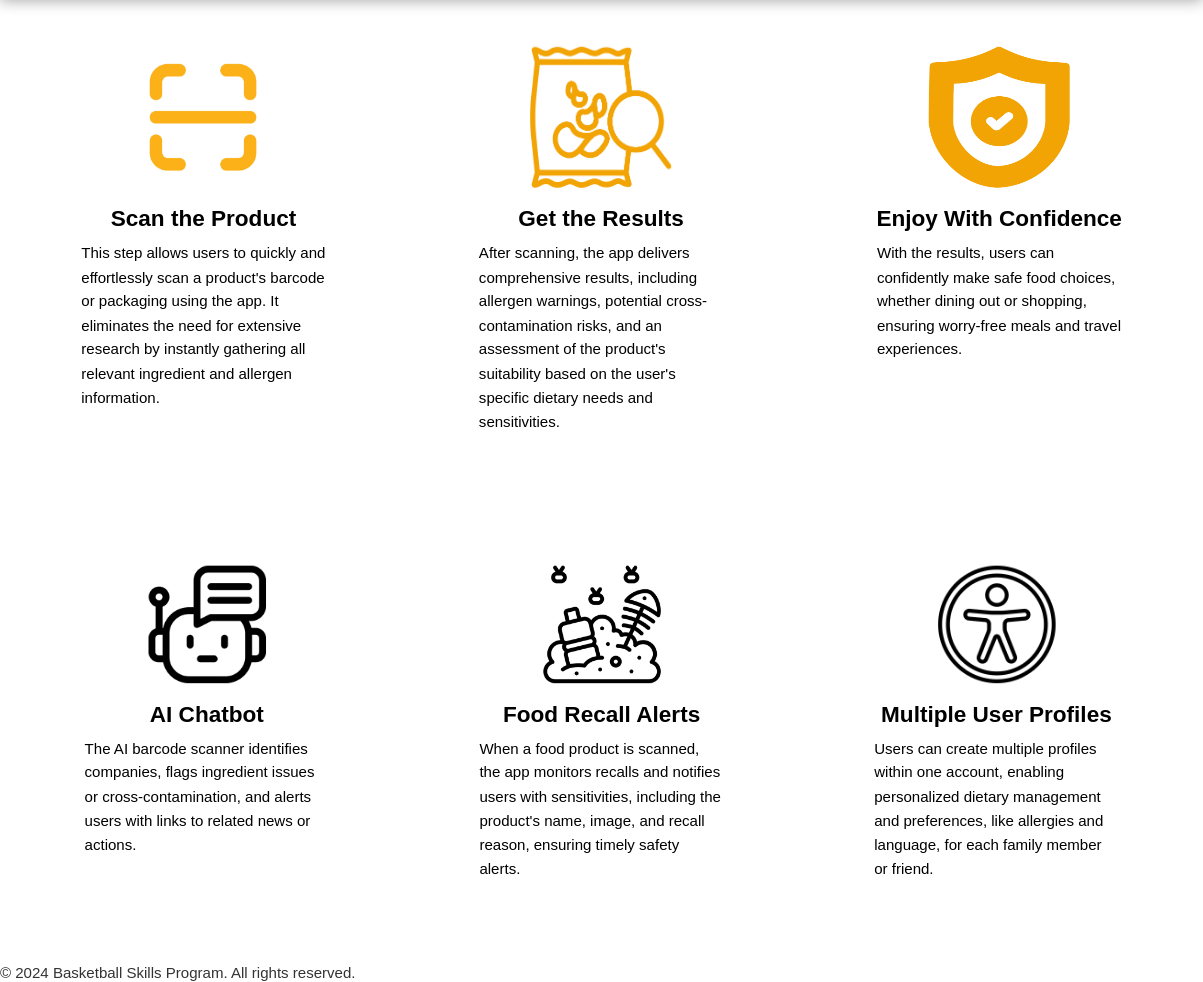
Repository: GavinPahal/landingpage
Page: /
An editor plug-in stored every save of this project. The page is shown before and after the next save, followed by the edit.
The browser window is 1280 px wide. The pictures show the part of the page from y = 720 to 1765 px (the page is 1765 px tall), at 94% of full size.
The project was rebuilt for these pictures with package versions that can differ from the ones it lists, and the page was loaded fresh each time. The framework's server and built-in components were replaced by stand-ins that run in the browser. Also part of the build but not shown: next.config.mjs.

Above is the page before, as saved 2024-11-28 15:37:32.

### pages/_app.js
// pages/_app.js
import "@/styles/globals.css"; // Import the global CSS file

function MyApp({ Component, pageProps }) {
  return <Component {...pageProps} />;
}

export default MyApp;

### pages/index.js
// pages/index.js
import Hero from "../components/Hero";
import Features from "../components/Features";
import Footer from "../components/Footer";
import Product from "../components/Product"

export default function Home() {
  return (
    <div>
      <Hero />
      <Features />
      <Product />
      <Footer />
    </div>
  );
}

### styles/globals.css
/* Global Styles */
* {
  margin: 0;
  padding: 0;
  box-sizing: border-box;
}

body {
  font-family: Arial, sans-serif;
  color: #333;
  overflow-x: hidden; /* Prevent horizontal overflow */
}

/* Hero Section */
.hero {
  display: flex; /* Use flexbox to align elements */
  position: relative;
  height: 100vh;
  width: 100%; /* Ensure the hero section spans the full width */
  background-color: #2d2d2d; /* Dark background to contrast with the image */
}

.imageWrapper {
  position: relative;
  width: 100%; /* Left side takes full width */
  height: 100%;
}

.imageContainer {
  position: absolute;
  top: 0;
  left: 0;
  width: 100%;
  height: 100%;
  filter: blur(8px); /* Add blur effect to the image */
  object-fit: cover;
}

.overlay {
  position: absolute;
  top: 0;
  left: 0;
  width: 100%;
  height: 100%;
  background: rgba(0, 0, 0, 0.6); /* Dark overlay to ensure text stands out */
  color: white;
  display: flex;
  flex-direction: column;
  justify-content: center;
  align-items: flex-start;
  padding: 60px 40px; /* Increased padding for more space */
  text-align: left;
}

.heroTitle {
  display: flex;
  align-items: center; /* Align logo and title horizontally */
  margin-bottom: 40px; /* Space between title and the rest of the content */
  position: relative; /* Allow positioning adjustments */
  top: -80px; /* Move the logo and title even higher */
}

.heroTitle img {
  margin-right: 20px; /* Add space between logo and title */
}

.heroTitle h1 {
  font-size: 2rem; /* Bigger font for app name */
  font-weight: bold;
  color: #ffffff; /* Bright color to stand out */
  text-transform: uppercase;
}

.tagline {
  font-size: 5rem; /* Make "BEST NATURE APP" 5rem */
  font-weight: bold;
  margin-bottom: 0; /* Remove extra space between the lines */
  color: #ffffff; /* Striking color */
  text-shadow: 3px 3px 5px rgba(0, 0, 0, 0.8); /* Enhanced text visibility */
  line-height: 1.1; /* Adjust line-height to decrease space between lines */
  letter-spacing: 1.5px;
  display: block;
  max-width: 100%; /* Ensure text doesn't overflow */
}

.bestNature {
  display: block;
  font-size: 3rem; /* Adjust to smaller font size for the first part */
}

.appEver {
  display: block;
  margin-top: 0;
  font-size: 3rem;
}

.subTagline {
  font-size: 1.2rem;
  margin-top: 20px;
  margin-bottom: 40px;
  line-height: 1.6;
  max-width: 650px;
  color: white;
  letter-spacing: 0.5px;
  text-align: left;
}

.demoText {
  display: block;
  font-size: 1.4rem;
  font-weight: bold;
}

.natureText {
  display: block;
  font-size: 1.2rem;
  margin-top: 10px;
  font-style: italic;
  letter-spacing: 0.3px;
}

/* CTA Button */
.ctaButton {
  background-color: #00C9A2;
  color: #ffffff;
  padding: 15px 40px;
  font-size: 1.4rem;
  border: none;
  border-radius: 50px;
  text-align: center;
  margin-top: 60px;
  cursor: pointer;
  transition: background-color 0.3s, transform 0.3s;
  text-decoration: none;
}

.ctaButton:hover {
  background-color: #035343;
}

.ctaButton:focus {
  outline: none;
}

.rightImageWrapper {
  position: absolute;
  left: 62%;
  bottom: 20px;
  width: 400px;
  height: auto;
  z-index: 2;
  margin-top: 100px;
}

.rightImageContainer {
  position: relative;
  width: 100%;
  height: 100%;
}

.rightImageContainer img {
  width: 100%;
  height: auto;
  border-radius: 8px;
  object-fit: cover;
}

.features {
  padding: 50px 20px;
  text-align: center;
}
.features h2 {
  font-size: 2.5rem;
  font-weight: bold;
  color: #ffffff;
  margin-bottom: 30px;
  text-transform: uppercase;
  letter-spacing: 1px;
}

.infoCards {
  display: flex;
  flex-wrap: wrap;
  justify-content: space-around;
  gap: 30px;
  margin-bottom: 40px;
}

.card {
  text-align: center;
  margin: 0 auto; /* Ensure cards are centered */
}

.card:first-child { /* Target the first feature card */
  max-width: 400px; /* Restrict width for a cleaner layout */
  margin: 20px auto; /* Center the card horizontally and add spacing */
}

.card:first-child p {
  text-align: left; /* Center-align the text for the first card */
  max-width: 290x; /* Ensure text does not overflow the card */
  margin: 0 auto;
}

.card img {
  margin-bottom: 15px;
}

.card h3 {
  font-size: 1.5rem;
  font-weight: 600;
  color: #000000;
  margin-bottom: 10px;
}

.card p {
  font-size: 1rem;
  line-height: 1.6;
  color: #000000;
  max-width: 260px;
  margin: 0 auto;
  text-align: left;
}

.text1 {
  font-size: 1rem;
  line-height: 1.6;
  color: #000000;
  max-width: 250px;
  margin: 0 auto;
  text-align: left;
}

.text2 {
  font-size: 1rem;
  line-height: 1.6;
  color: #000000;
  max-width: 250px;
  margin: 0 auto;
  text-align: left;
}


@media (max-width: 1024px) {
  .hero {
    flex-direction: column; /* Stack elements vertically on smaller screens */
  }

  .overlay {
    padding: 40px 20px; /* Reduced padding for smaller screens */
    text-align: center; /* Center-align text on smaller screens */
  }

  .heroTitle {
    margin-bottom: 20px; /* Reduce space between the title and the tagline */
    top: 0; /* Reset top positioning for better alignment */
  }

  .tagline {
    font-size: 3rem; /* Decrease font size on smaller screens */
  }

  .bestNature, .appEver {
    font-size: 2.5rem; /* Smaller font size for better readability */
  }

  .subTagline {
    font-size: 1rem; /* Adjust subtagline font size for smaller screens */
    max-width: 100%; /* Allow full-width display */
    padding: 0 20px; /* Add padding to the sides */
  }

  .rightImageWrapper {
    left: 50%; /* Center the image on smaller screens */
    bottom: 10px;
    width: 300px; /* Reduce image size */
    margin-top: 60px;
  }
}

/* CTA Button Adjustments */
@media (max-width: 768px) {
  .ctaButton {
    padding: 12px 30px; /* Reduced padding for better proportion on small screens */
    font-size: 1.2rem; /* Smaller font size */
    width: 90%; /* Allow the button to take up more space on smaller screens */
    margin-top: 40px; /* Reduced top margin */
  }
}

/* Feature Section Adjustments */
@media (max-width: 768px) {
  .features {
    padding: 30px 20px; /* Reduce padding */
  }

  .features h2 {
    font-size: 2rem; /* Smaller font size for headings */
  }

  .infoCards {
    flex-direction: column; /* Stack cards vertically */
    align-items: center;
    gap: 20px; /* Reduced gap between cards */
  }

  .card {
    max-width: 90%; /* Ensure cards take full width on smaller screens */
    margin: 10px auto; /* Center the cards */
  }

  .card h3 {
    font-size: 1.2rem; /* Decrease font size */
  }

  .card p {
    font-size: 0.9rem; /* Smaller text for better readability */
  }
}

/* Final Adjustments */
@media (max-width: 480px) {
  .hero {
    height: auto; /* Allow the hero section to adjust to content */
  }

  .overlay {
    padding: 20px; /* Even smaller padding */
    text-align: center;
  }

  .tagline {
    font-size: 2.5rem; /* Further decrease tagline size */
  }

  .ctaButton {
    padding: 10px 20px; /* Smaller padding for mobile screens */
    font-size: 1rem; /* Reduce font size */
  }

  .features h2 {
    font-size: 1.6rem; /* Adjust feature section heading */
  }

  .card {
    max-width: 100%; /* Ensure the cards take full width */
  }

  .text1, .text2 {
    font-size: 0.9rem; /* Adjust text sizes for smaller screens */
  }
}

### components/Hero.js
import Image from "next/image";

export default function Hero() {
  return (
    <section className="hero">
      <div className="imageWrapper">
        <div className="imageContainer">
          <Image
            src="/images/grocey.jpg"
            alt="Nature Image"
            layout="fill"
            objectFit="cover"
          />
        </div>
        <div className="overlay">
          <div className="heroTitle">
            <Image
              src="/images/logo.webp"
              alt="Goldibite Logo"
              width={50}
              height={50}
            />
            <h1>Goldibite</h1>
          </div>
          <p className="tagline">
            <span className="bestNature">YOUR BUDDY FOR</span>
            <span className="appEver">FOOD SAFETY</span>
          </p>
          <p className="subTagline">
            <span className="demoText">Get a demo and try our new app.</span>
            <span className="natureText">
            The Right Bite, Every Time
            </span>
          </p>
          <a href="#demo" className="ctaButton">
            TRY DEMO
          </a>
        </div>
      </div>


      <div className="rightImageWrapper">
        <div className="rightImageContainer">
          <Image
            src="/images/phone.png"
            alt="New Image"
            layout="intrinsic"
            width={500}
            height={500}
          />
        </div>
      </div>
    </section>
  );
}

### components/Features.js
import Image from "next/image";


export default function Features() {
  return (
    <section className="features">
      <div className="infoCards">
        <div className="card" style={{ margin: "0 10px" }}>
          <Image
            src="/images/iconamoon_scanner (1).jpg"
            alt="Feature 1"
            width={150}
            height={150}
          />
          <h3>Scan the Product</h3>
          <p>This step allows users to quickly and effortlessly scan a product's barcode or packaging using the app.
             It eliminates the need for extensive research by instantly gathering all relevant ingredient and allergen information. </p>
        </div>
        <div className="card" style={{ margin: "0 10px" }}>
          <Image
            src="/images/magnifying.jpg"
            alt="Feature 2"
            width={150}
            height={150}
          />
          <h3>Get the Results</h3>
          <p>After scanning, the app delivers comprehensive results, including allergen warnings, potential cross-contamination risks,
             and an assessment of the product's suitability based on the user's specific dietary needs and sensitivities.
          </p>
        </div>
        <div className="card" style={{ margin: "0 10px" }}>
          <Image
            src="/images/Confident.jpg"
            alt="Feature 2"
            width={150}
            height={150}
          />
          <h3>Enjoy With Confidence</h3>
          <p>With the results, users can confidently make safe food choices, whether dining out or shopping,
             ensuring worry-free meals and travel experiences.
          </p>
        </div>
      </div>

    </section>
  );
}

### components/Footer.js
export default function Footer() {
    return (
      <footer className="footer">
        <p>&copy; 2024 Basketball Skills Program. All rights reserved.</p>
      </footer>
    );
  }

### components/Product.js
import Image from "next/image";

export default function Features() {
  return (
    <section className="features">
      <div className="infoCards" style={{ gap: "20px" }}>
        <div className="card" style={{ margin: "0 10px" }}>
          <Image
            src="/images/chatbot.jpg"
            alt="Feature 1"
            width={125}
            height={125}
          />
          <h3>AI Chatbot</h3>
          <p>
            The AI barcode scanner identifies companies, flags ingredient
            issues or cross-contamination, and alerts users with links to
            related news or actions.
          </p>
        </div>
        <div className="card" style={{ margin: "0 10px" }}>
          <Image
            src="/images/trash.jpg"
            alt="Feature 2"
            width={125}
            height={125}
          />
          <h3>Food Recall Alerts</h3>
          <p>
            When a food product is scanned, the app monitors recalls and
            notifies users with sensitivities, including the product's name,
            image, and recall reason, ensuring timely safety alerts.
          </p>
        </div>
        <div className="card" style={{ margin: "0 10px" }}>
          <Image
            src="/images/accessibility.png"
            alt="Feature 3"
            width={125}
            height={125}
          />
          <h3>Multiple User Profiles</h3>
          <p>
            Users can create multiple profiles within one account, enabling
            personalized dietary management and preferences,
            like allergies and  language, for each family member or friend.
          </p>
        </div>
      </div>
    </section>
  );
}

Loaded but not shown: pages/_document.js (common file)

After the next save:
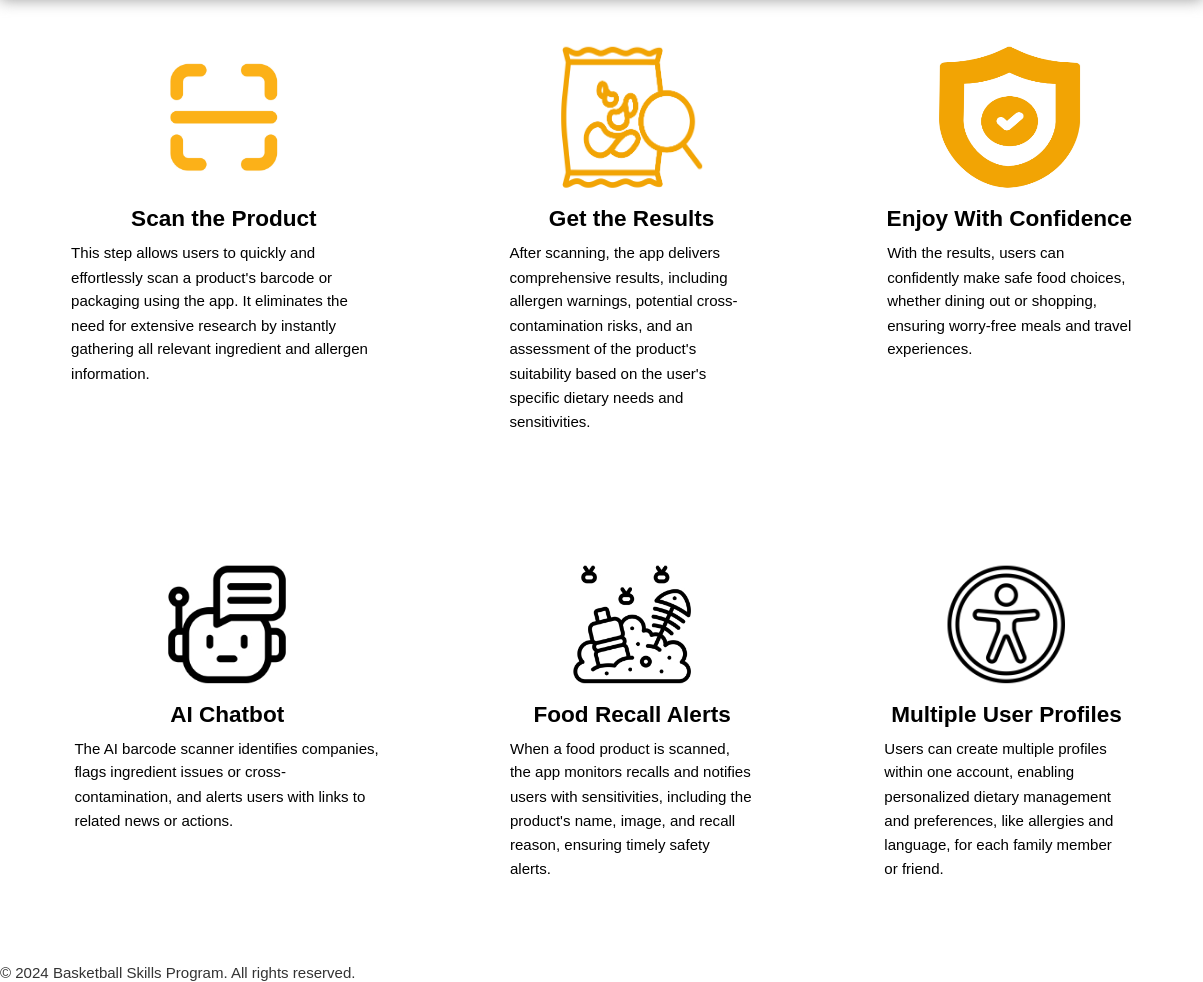
Saved 18 s later.
--- a/styles/globals.css
+++ b/styles/globals.css
@@ -198,7 +198,7 @@ body {
 
 .card:first-child p {
   text-align: left; /* Center-align the text for the first card */
-  max-width: 290x; /* Ensure text does not overflow the card */
+  max-width: 325px; /* Ensure text does not overflow the card */
   margin: 0 auto;
 }
 
